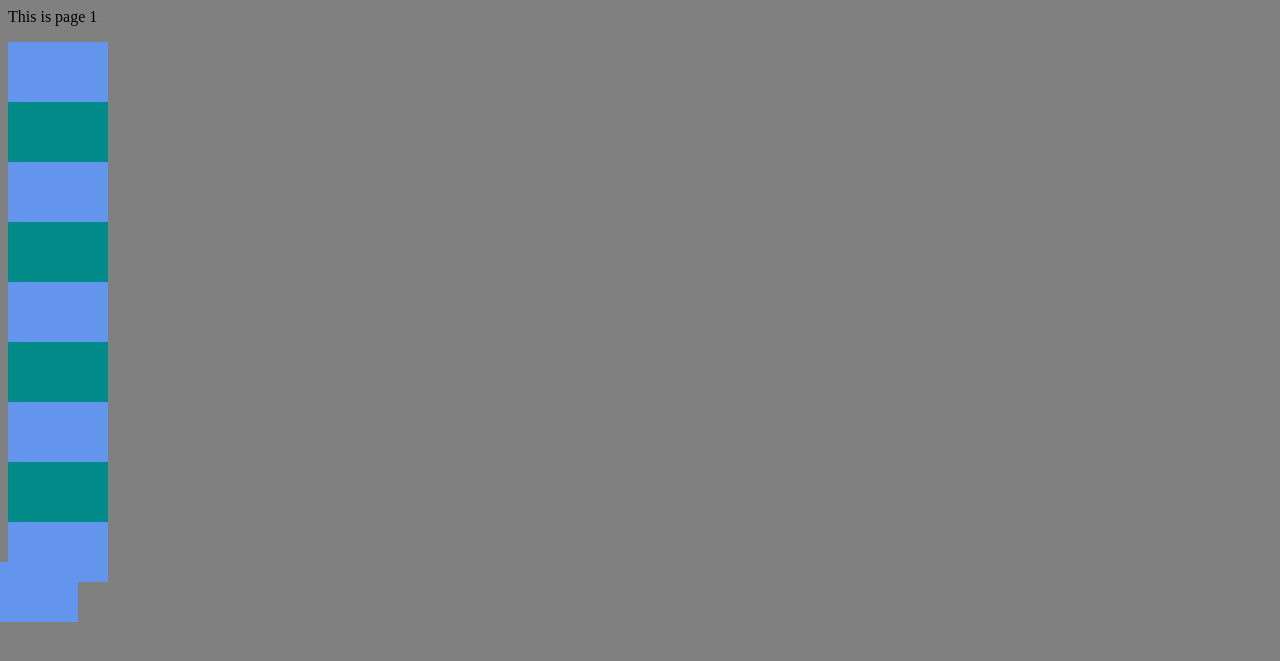
Repository: hanj291/hanj291.github.io
Page: page1.html
The author's editor kept a record of every edit. The page is drawn from the files as they stood at one moment, then again after the next edit.
The browser window is 1280 px wide. The pictures show the whole page.
The pointer rests on the first visible `.zero`.

Above is the page before.

After the next edit:
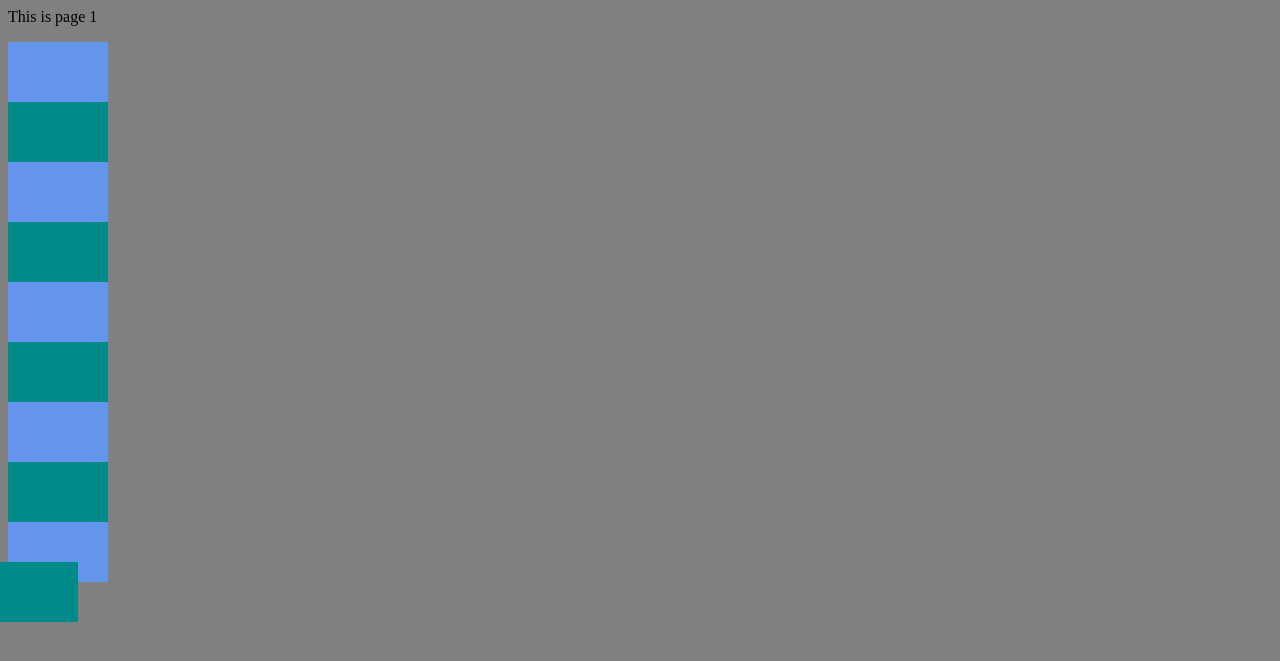
The edit:
--- a/page1css.css
+++ b/page1css.css
@@ -109,5 +109,5 @@
     right: 30px;
 }
 .zero:hover {
-    background-color: #;
+    background-color: #008B8B;
 }
